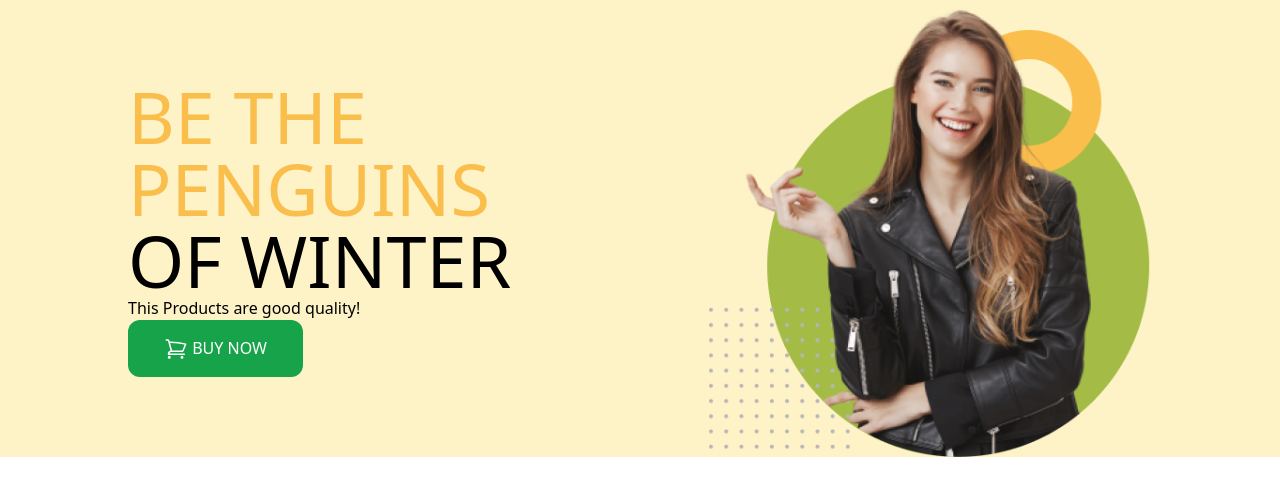
Repository: SyeadaSakina/Penguins-fashion
Page: index.html
These files come from the project's save history. The page is drawn as it stood at one moment and after the next save; the edit follows.
The browser window is 1280 px wide. The pictures show the whole page.
Some web libraries are served in a nearby version.

Above is the page before, as saved 2023-07-21 22:55:03.

### index.html
<!DOCTYPE html>
<html lang="en">

<head>
    <meta charset="UTF-8">
    <meta name="viewport" content="width=device-width, initial-scale=1.0">
    <title>Penguin Fashion</title>
    <script src="https://cdn.tailwindcss.com"></script>
</head>

<body>
    <header class="bg-amber-100 px-32">
        <!-- nav section -->
        <nav>

        </nav>

        <!-- banner section -->
        <div class="flex justify-between items-center">
            <div>
                <h1 class="text-7xl uppercase"> <span class="text-[#FABE4C]">Be the Penguins</span>
                    <br> of Winter
                </h1>
                <p>
                    This Products are good quality!
                </p>
                <button class="py-4 px-9 bg-green-600 rounded-xl uppercase text-white font-medium"> <svg
                        xmlns="http://www.w3.org/2000/svg" fill="none" viewBox="0 0 24 24" stroke-width="1.5"
                        stroke="currentColor" class="w-6 h-6 inline">
                        <path stroke-linecap="round" stroke-linejoin="round"
                            d="M2.25 3h1.386c.51 0 .955.343 1.087.835l.383 1.437M7.5 14.25a3 3 0 00-3 3h15.75m-12.75-3h11.218c1.121-2.3 2.1-4.684 2.924-7.138a60.114 60.114 0 00-16.536-1.84M7.5 14.25L5.106 5.272M6 20.25a.75.75 0 11-1.5 0 .75.75 0 011.5 0zm12.75 0a.75.75 0 11-1.5 0 .75.75 0 011.5 0z" />
                    </svg>
                    Buy Now</button>
            </div>
            <div>
                <img src="images/model.png" alt="Image of a model">
            </div>
        </div>

    </header>
    <main>

    </main>
    <footer>

    </footer>
</body>

</html>

After the next save:
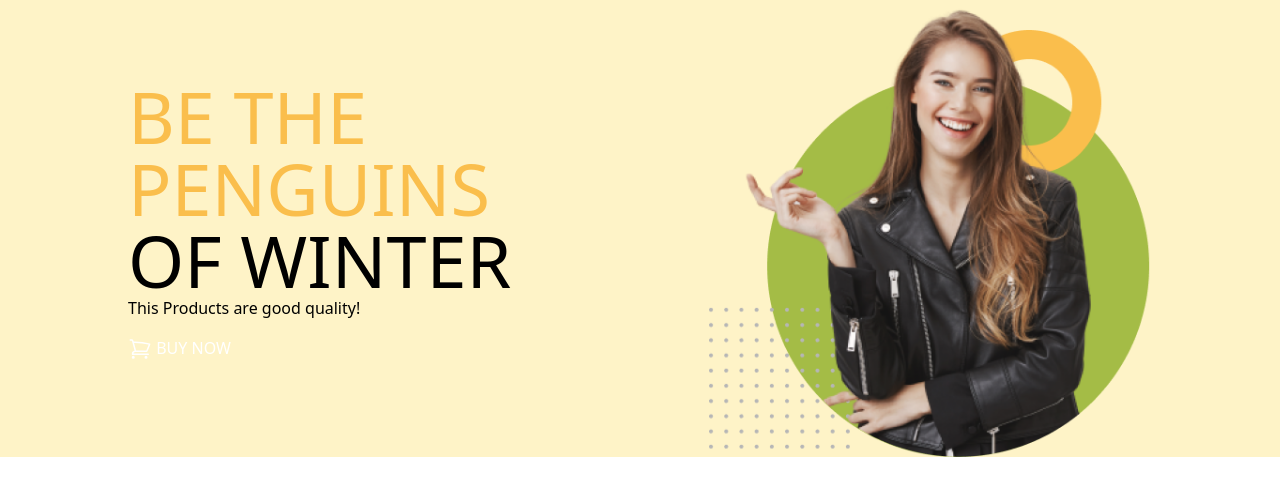
Saved 5 min 19 s later.
--- a/index.html
+++ b/index.html
@@ -24,8 +24,9 @@
                 <p>
                     This Products are good quality!
                 </p>
-                <button class="py-4 px-9 bg-green-600 rounded-xl uppercase text-white font-medium"> <svg
-                        xmlns="http://www.w3.org/2000/svg" fill="none" viewBox="0 0 24 24" stroke-width="1.5"
+                <button
+                    class="py-4 px-9bg-gradient-to-r from-cyan-500 to-blue-500 rounded-xl uppercase text-white font-medium">
+                    <svg xmlns="http://www.w3.org/2000/svg" fill="none" viewBox="0 0 24 24" stroke-width="1.5"
                         stroke="currentColor" class="w-6 h-6 inline">
                         <path stroke-linecap="round" stroke-linejoin="round"
                             d="M2.25 3h1.386c.51 0 .955.343 1.087.835l.383 1.437M7.5 14.25a3 3 0 00-3 3h15.75m-12.75-3h11.218c1.121-2.3 2.1-4.684 2.924-7.138a60.114 60.114 0 00-16.536-1.84M7.5 14.25L5.106 5.272M6 20.25a.75.75 0 11-1.5 0 .75.75 0 011.5 0zm12.75 0a.75.75 0 11-1.5 0 .75.75 0 011.5 0z" />
